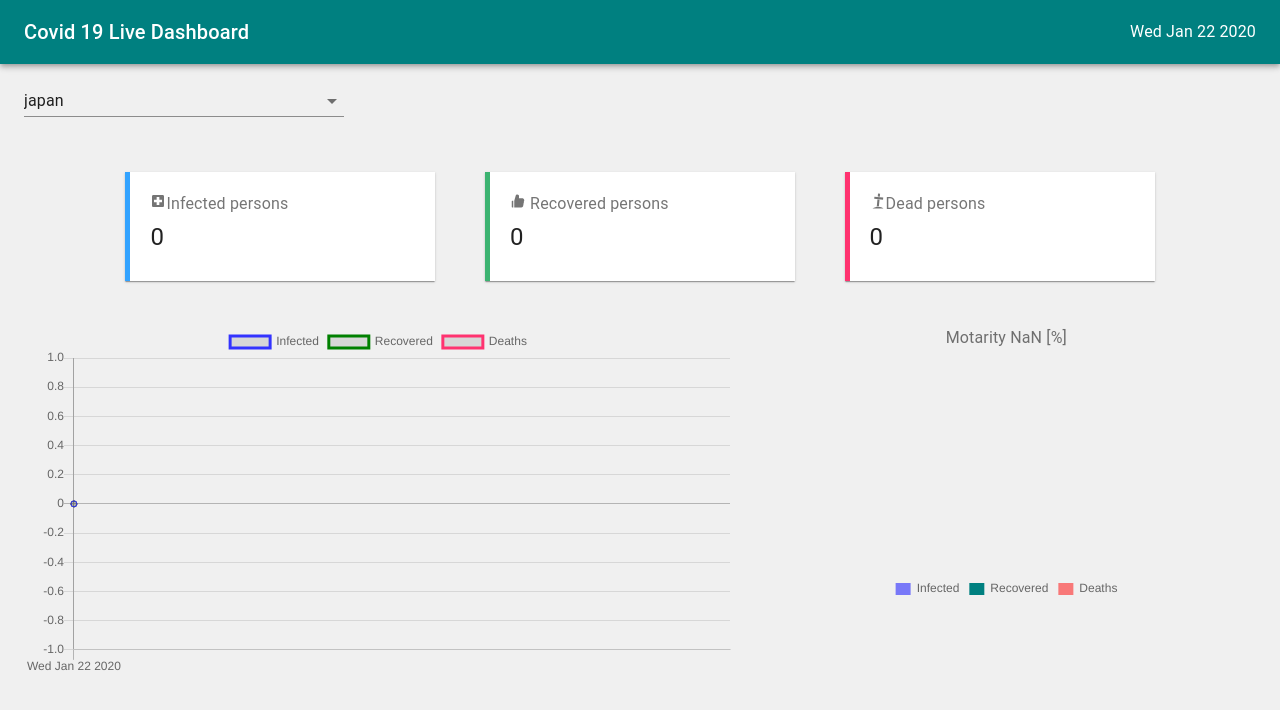
Repository: ShunsukeTanizaki/covid_dashboard
Page: /
An editor plug-in stored every save of this project. The page is shown before and after the next save, followed by the edit.
The browser window is 1280 px wide. The pictures show the whole page.
The page's requests for data from a server got no answer. The project was rebuilt for these pictures with package versions that can differ from the ones it lists, and the page was loaded fresh each time. No one was signed in, and anything a server would have sent is missing. Also part of the build but not shown: src/App.css, src/features/covid/DashBoard/DashBoard.module.css.

Above is the page before, as saved 2021-02-11 01:24:37.

After the next save:
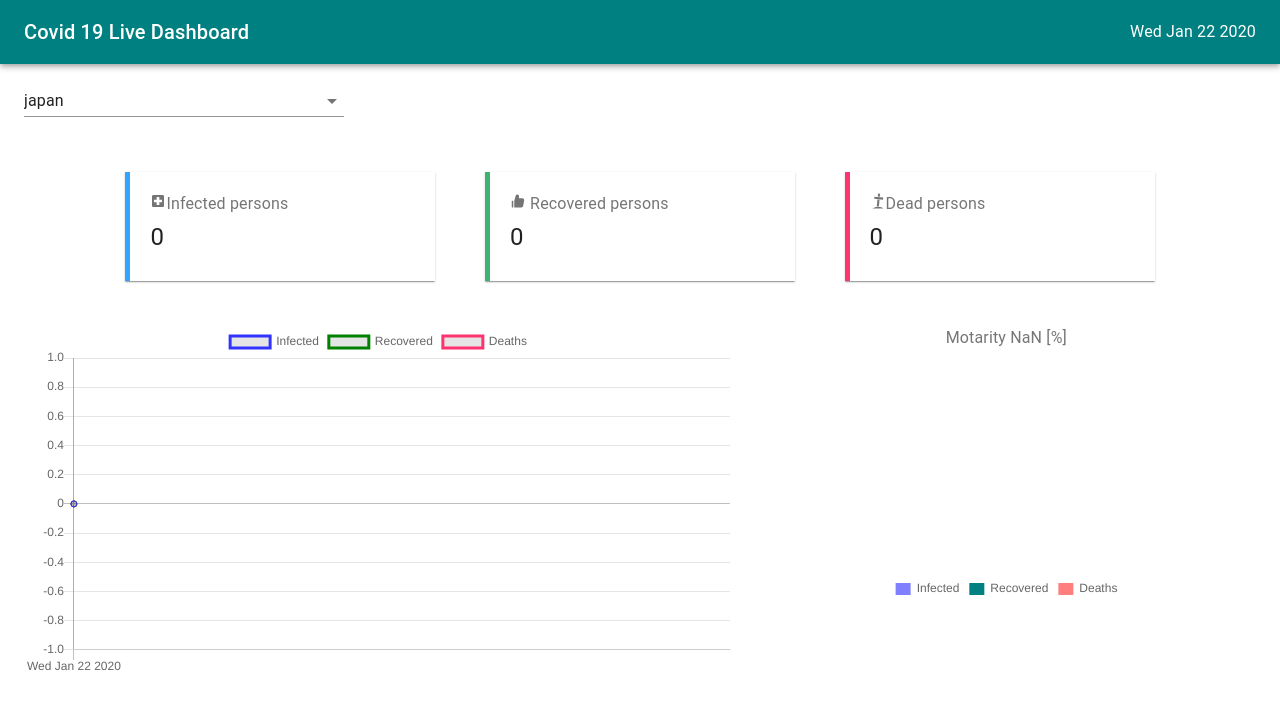
Saved 18 s later.
--- a/src/index.css
+++ b/src/index.css
@@ -1,6 +1,6 @@
 body {
     margin: 0;
-    background-color: rgb(240, 240, 240);
+    /* background-color: rgb(211, 211, 211); */
     font-family: -apple-system, BlinkMacSystemFont, 'Segoe UI', 'Roboto', 'Oxygen',
         'Ubuntu', 'Cantarell', 'Fira Sans', 'Droid Sans', 'Helvetica Neue',
         sans-serif;
